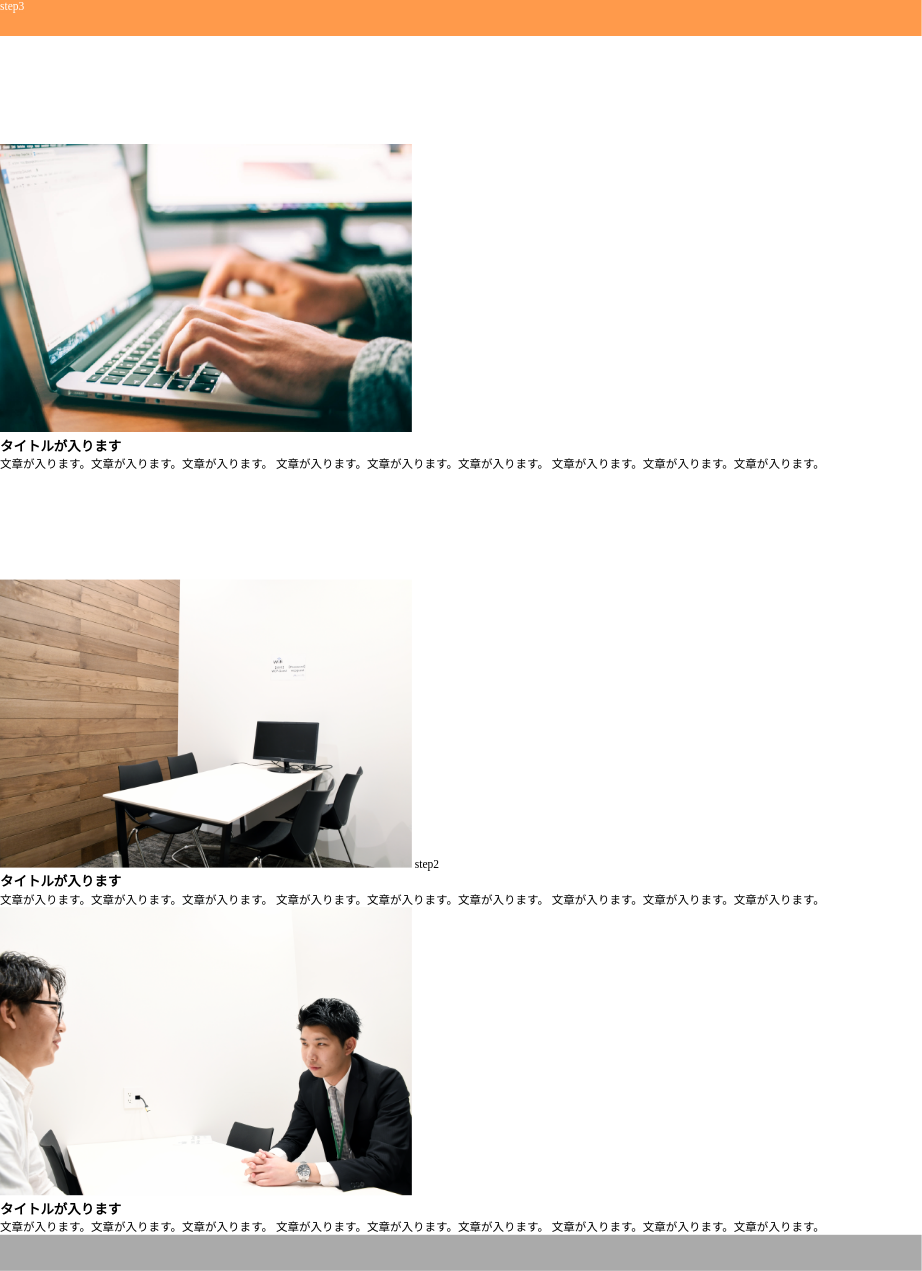
Repository: eyaonu/application2
Page: chapter9/answer9.html
The author's editor kept a record of every edit. The page is drawn from the files as they stood at one moment, then again after the next edit.
The browser window is 1280 px wide. The pictures show the whole page, at 72% of full size.

Above is the page before.

### chapter9/answer9.html
<!DOCTYPE html>
<html lang="ja">
  <head>
    <meta charset="UTF-8" />
    <!-- CSSファイルの読み込み -->
    <title>answer9</title>
    <link rel="stylesheet" href="style9.css" />
  </head>

  <body>
    <header></header>
    <main>
      <div claas="content-box">
      <div claas="step-box">
        <div class="step-img1"></div>
        <img claas="img" src="img/flow01.png" />
        <span class="step-num">step1</span>
        <h3 claas="title">タイトルが入ります</h3>
        <p class="text">
          文章が入ります。文章が入ります。文章が入ります。
          文章が入ります。文章が入ります。文章が入ります。
          文章が入ります。文章が入ります。文章が入ります。
        </p>
      </div>

      <div claas="step-box">
        <div class="step-img2"></div>
        <img claas="img" src="img/flow02.png" />
        <span claas="step-num">step2</span>
        <h3 claas="title">タイトルが入ります</h3>
        <p class="text">
          文章が入ります。文章が入ります。文章が入ります。
          文章が入ります。文章が入ります。文章が入ります。
          文章が入ります。文章が入ります。文章が入ります。
        </p>
      </div>

      <div claas="step-box">
        <div claas="step-img3"></div>
        <img claas="img" src="img/flow03.png" />
        <span class="step-num">step3</span>
        <div claas="step-box">
        <h3>タイトルが入ります</h3>
        <p class="text">
          文章が入ります。文章が入ります。文章が入ります。
          文章が入ります。文章が入ります。文章が入ります。
          文章が入ります。文章が入ります。文章が入ります。
        </p>
      </div>
    </main>
    <footer></footer>
  </body>
</html>

### chapter9/style9.css
* {
  box-sizing: border-box;
  margin: 0;
  padding: 0;
}

header {
  width: 100%;
  height: 50px;
  background-color: #FF9A4B;
}

main {
  width: 100%;
}

.content-box {
  width: 960px;
  margin: 50px auto;
  display: flex;
}

.step-box {
  width: 300px;
  margin-right: 30px;
  padding: 10px;
  position: relative;
  background-color: #EEEEEE;
}

.step-box:last-child {
  margin-right: 0;
}

.step-img1 {
  height: 150px;
/*  background-image: url(img/flow01.png);*/
  background-position: bottom;
  background-size: cover;
}

.step-img2 {
  height: 150px;
  /*background-image: url(img/flow02.png);*/
  background-position: bottom;
  background-size: cover;
}

.step-img3 {
  height: 150px;
  /*background-image: url(img/flow03.png);*/
  background-position: bottom;
  background-size: cover;
}

.step-num {
  position: absolute;
  top: 0;
  left: 0;
  background-color: #FF9A4B;
  color: #FFFFFF;
}

.title {
  margin: 15px 0 5px;
}

footer {
  height: 50px;
  background-color: #AAAAAA;
}

After the next edit:
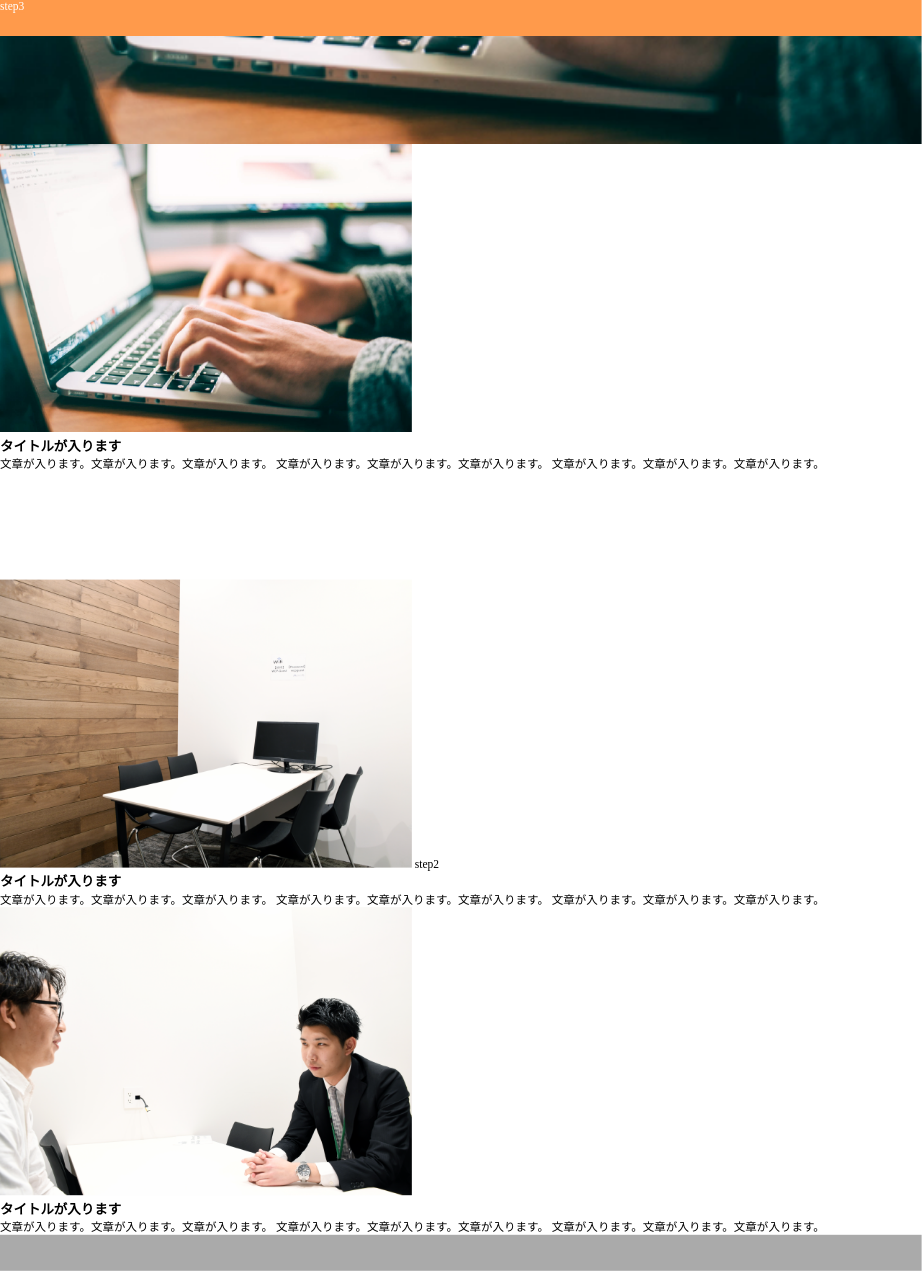
The edit:
--- a/chapter9/style9.css
+++ b/chapter9/style9.css
@@ -34,7 +34,7 @@
 
 .step-img1 {
   height: 150px;
-/*  background-image: url(img/flow01.png);*/
+  background-image: url(img/flow01.png);
   background-position: bottom;
   background-size: cover;
 }
